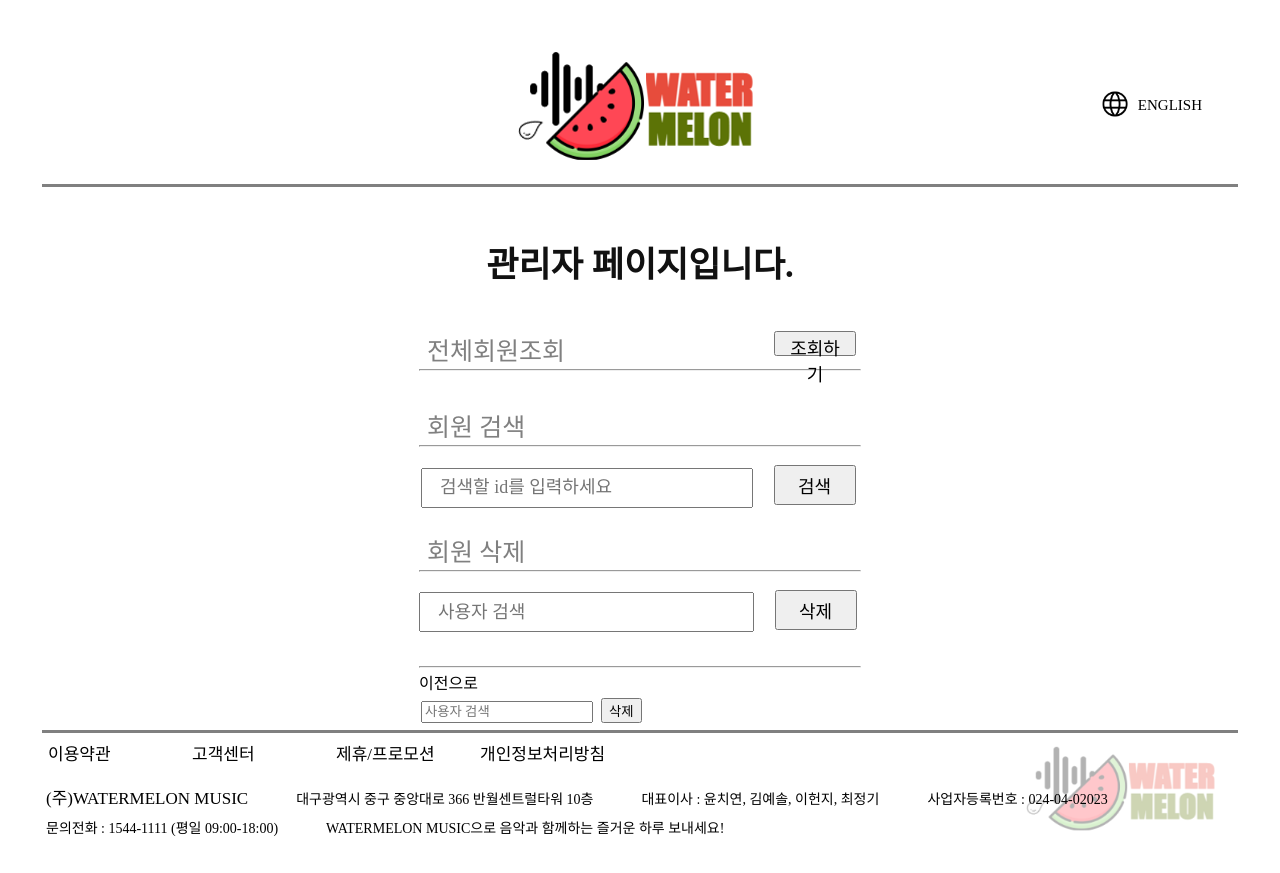
Repository: anchobb/TEAM_STS
Page: http://localhost/PJ_TEAM01/WEB-INF/views/member/member.jsp
These files come from the project's save history. The page is drawn as it stood at one moment and after the next save; the edit follows.
The browser window is 1280 px wide. The pictures show the whole page.
Some web fonts or font styles are not loaded; a fallback is used. Some web libraries are served in a nearby version. The page is served by Tomcat 9. Nobody is signed in. The template is opened directly, without the code that normally fills it, so the values that code supplies are empty.

Above is the page before, as saved 2023-09-11 05:42:04.

After the next save:
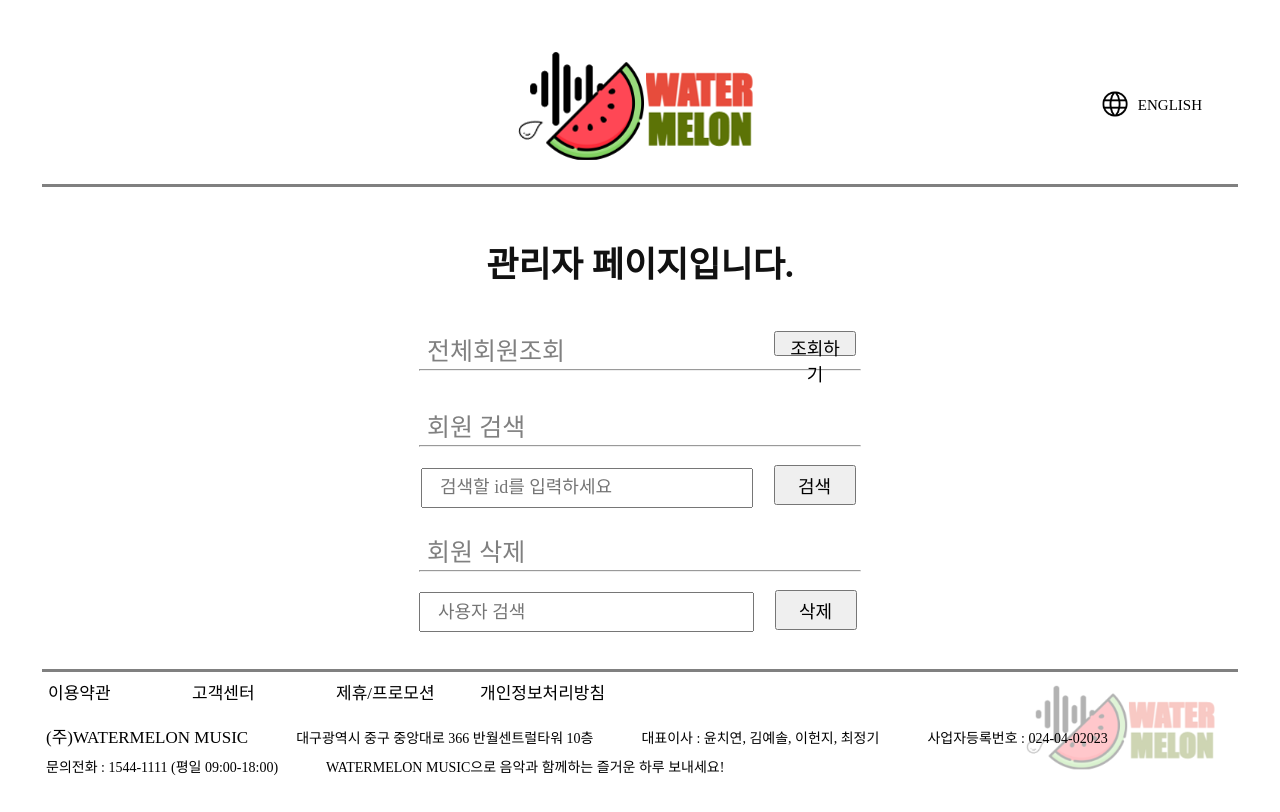
Saved 47 s later.
--- a/PJ_TEAM01/src/main/webapp/WEB-INF/views/member/member.jsp
+++ b/PJ_TEAM01/src/main/webapp/WEB-INF/views/member/member.jsp
@@ -58,6 +58,7 @@
 
 
 
+<%--
  <div>
 	<hr/>
 	<a href="javascript:history.go(-1)">이전으로</a>
@@ -68,7 +69,6 @@
 	</form>
 </div>
 
-<%--
     <button class="alluser" id="showButton">모든회원검색</button>
     <div class="selectall">
     	<c:forEach items="${list}" var="dto">
